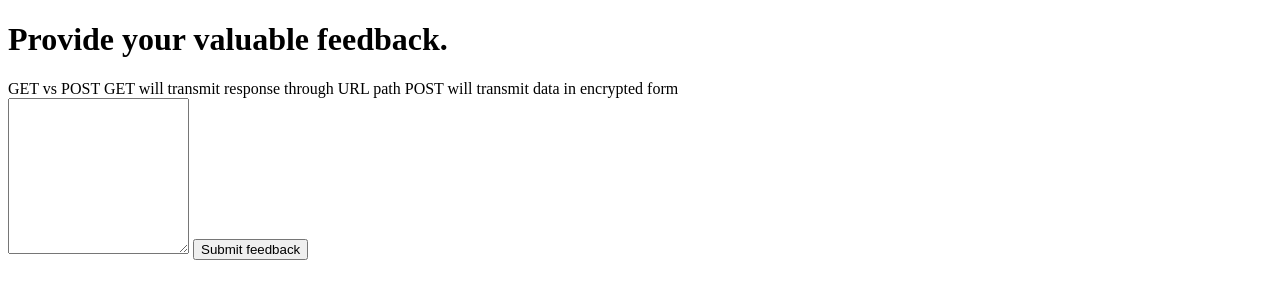
Repository: alph-a07/Java-EE
Page: http://localhost/FeedBackPage/SubmitFeedback.jsp
The author's editor kept a copy of each file at every save. The page is drawn from the files as they stood at one save, then again after the next save.
The browser window is 1280 px wide. The pictures show the whole page.
The page is served by Tomcat 9. Other server files are loaded and not shown.

Above is the page before, as saved 2023-01-21 10:50:05.

### FeedBackPage/src/main/webapp/SubmitFeedback.jsp
<%@ page language="java" contentType="text/html; charset=ISO-8859-1"
	pageEncoding="ISO-8859-1"%>

<!DOCTYPE html>

<html>

	<head>
	<meta charset="ISO-8859-1">
	<title>Feedback page</title>
	</head>

	<body>
		<h1>Provide your valuable feedback.</h1>

		<!-- action - URL path of page after submission of response -->
		GET vs POST
		GET will transmit response through URL path
		POST will transmit data in encrypted form
		<form action="feedbackReceieved" method="post">
			<!-- name - Input response name used when capturing response -->
			<textarea rows=10 name="feedbackParam"></textarea>
			<input type="submit" name="submit" value="Submit feedback" />
		</form>
	</body>

</html>

After the next save:
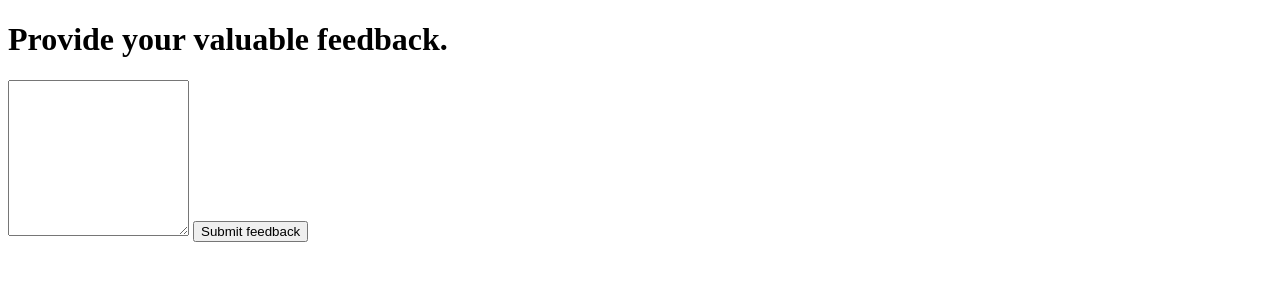
Saved 11 s later.
--- a/FeedBackPage/src/main/webapp/SubmitFeedback.jsp
+++ b/FeedBackPage/src/main/webapp/SubmitFeedback.jsp
@@ -14,9 +14,9 @@
 		<h1>Provide your valuable feedback.</h1>
 
 		<!-- action - URL path of page after submission of response -->
-		GET vs POST
-		GET will transmit response through URL path
-		POST will transmit data in encrypted form
+<!-- 		GET vs POST -->
+<!-- 		GET will transmit response through URL path -->
+<!-- 		POST will transmit data in encrypted form -->
 		<form action="feedbackReceieved" method="post">
 			<!-- name - Input response name used when capturing response -->
 			<textarea rows=10 name="feedbackParam"></textarea>
